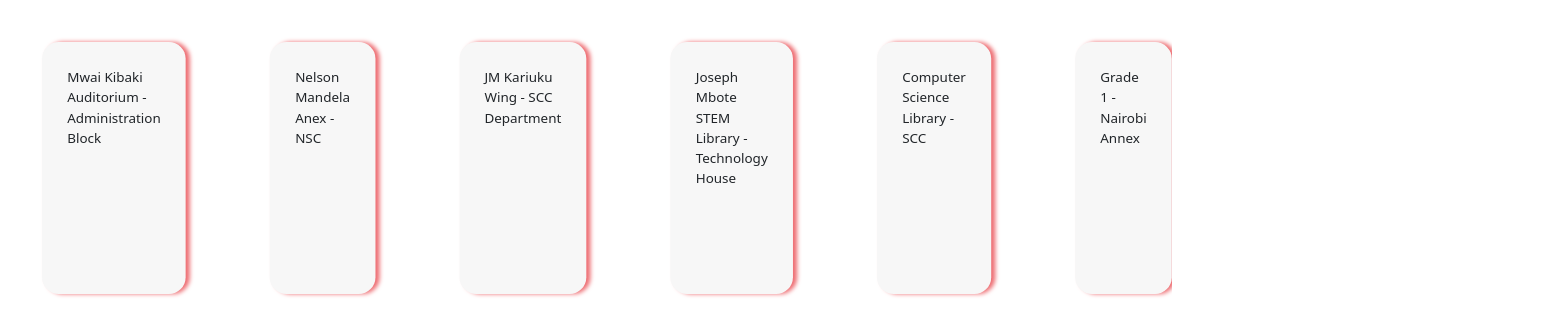
Repository: Mbote-Joseph/Library-Shelves-Books-Managements
Page: http://localhost/
An editor plug-in stored every save of this project. The page is shown before and after the next save, followed by the edit.
The browser window is 1280 px wide. The page is 1395 px wide, then 1866 px, so the pictures cover 1866 px, including what lies to the right of the window. The pictures show the whole page, at 84% of full size.
The page is served by the project's application, run on Django 5.2 (manage.py). Other server files are loaded and not shown. The page reads the database file committed with the project.

Above is the page before, as saved 2025-12-30 17:59:55.

### books/templates/books/library_view.html
{% extends "base.html" %}

{% block title %}
    Libraries List
{% endblock %}


{% block content %}
    <div class="cards">
    {% for library in libraries %}
        <div class ="library"> {{library}} </div>
    {% endfor %}
    </div>
{% endblock %}

### static/templates/base.html
{% load static %}
<!doctype html>
<html lang="en">
  <head>
    <meta charset="utf-8">
    <meta name="viewport" content="width=device-width, initial-scale=1">
    <title>
        {% block title %}

        {% endblock %}
    </title>
    <link href="https://cdn.jsdelivr.net/npm/bootstrap@5.3.8/dist/css/bootstrap.min.css" rel="stylesheet" integrity="sha384-sRIl4kxILFvY47J16cr9ZwB07vP4J8+LH7qKQnuqkuIAvNWLzeN8tE5YBujZqJLB" crossorigin="anonymous">
    <link rel="stylesheet" type='text/css' href="{% static 'css/styles.css' %}">
  </head>
  <body>

    {% block content %}

    {% endblock %}


    <script src="https://cdn.jsdelivr.net/npm/bootstrap@5.3.8/dist/js/bootstrap.bundle.min.js" integrity="sha384-FKyoEForCGlyvwx9Hj09JcYn3nv7wiPVlz7YYwJrWVcXK/BmnVDxM+D2scQbITxI" crossorigin="anonymous"></script>
  </body>
</html>

### books/models.py
from django.db import models

# Create your models here.
class Library(models.Model):
    name = models.CharField(max_length=50)
    students_capacity = models.IntegerField()
    location = models.CharField(max_length=100)
    created_on = models.DateTimeField(auto_now_add=True)

    def __str__(self):
        return f"{self.name} - {self.location}"

class Shelf(models.Model):
    label = models.CharField(max_length=50)
    books_capacity = models.CharField()
    library = models.ForeignKey(Library, on_delete=models.CASCADE)
    created_on = models.DateTimeField(auto_now_add=True)

    def __str__(self):
        return f"{self.label} On {self.library} Library"

class Book(models.Model):
    title = models.CharField(max_length=100)
    author = models.CharField(max_length=100)
    isbn = models.CharField(max_length=10)
    description = models.TextField()
    is_published = models.BooleanField(default=False)
    is_new = models.BooleanField(default=False)
    shelf = models.ForeignKey(Shelf, on_delete=models.CASCADE)

    def __str__(self):
        return f"{self.title} By {self.author}"

### books/views.py
from django.shortcuts import render
from django.views.generic import ListView

from .models import Library, Shelf, Book

# Create your views here.
class LibraryListView(ListView):
    model = Library
    context_object_name = "libraries"
    queryset = Library.objects.all()
    template_name = 'books/library_view.html'

class ShelfListView(ListView):
    model = Shelf
    context_object_name = "shelves"
    queryset = Shelf.objects.all()
    template_name = 'books/shelf_view.html'


class BookListView(ListView):
    model = Book
    context_object_name = "books"
    queryset = Book.objects.all()
    template_name = 'books/book_view.html'

### learn/urls.py
"""
URL configuration for learn project.

The `urlpatterns` list routes URLs to views. For more information please see:
    https://docs.djangoproject.com/en/6.0/topics/http/urls/
Examples:
Function views
    1. Add an import:  from my_app import views
    2. Add a URL to urlpatterns:  path('', views.home, name='home')
Class-based views
    1. Add an import:  from other_app.views import Home
    2. Add a URL to urlpatterns:  path('', Home.as_view(), name='home')
Including another URLconf
    1. Import the include() function: from django.urls import include, path
    2. Add a URL to urlpatterns:  path('blog/', include('blog.urls'))
"""
from django.contrib import admin
from django.urls import path, include

urlpatterns = [
    path('admin/', admin.site.urls),
    path('', include('books.urls'))
]

### books/urls.py
from django.urls import path

from books.views import LibraryListView, ShelfListView, BookListView

urlpatterns = [
    path('', LibraryListView.as_view(), name = 'libraries'),
    path('shelf', ShelfListView.as_view(), name = 'shelves'),
    path('book', BookListView.as_view(), name="books")
]

### static/css/styles.css
/**
 * Copyright 2025 josephmbote
 *
 * Licensed under the Apache License, Version 2.0 (the "License");
 * you may not use this file except in compliance with the License.
 * You may obtain a copy of the License at
 *
 *     https://www.apache.org/licenses/LICENSE-2.0
 *
 * Unless required by applicable law or agreed to in writing, software
 * distributed under the License is distributed on an "AS IS" BASIS,
 * WITHOUT WARRANTIES OR CONDITIONS OF ANY KIND, either express or implied.
 * See the License for the specific language governing permissions and
 * limitations under the License.
 */

.library {
    width: 300px;
    /* min-width: 200px; */
    height: 300px;
    /* max-height: 400px; */
    background-color: #f7f7f7;
    box-shadow: 5px 0 5px 0 #ee6e73;
    border: none;
    margin: 50px;
    padding: 30px;
    border-radius: 20px;
}

.cards{
    display: flex;


}

### db.sqlite3 (the tables this page reads, as SQL)
CREATE TABLE "books_library" ("id" integer NOT NULL PRIMARY KEY AUTOINCREMENT, "name" varchar(50) NOT NULL, "students_capacity" integer NOT NULL, "location" varchar(100) NOT NULL, "created_on" datetime NOT NULL);
INSERT INTO "books_library" VALUES
(1, 'Mwai Kibaki Auditorium', 100, 'Administration Block', '2025-12-29 22:41:55.696199'),
(2, 'Nelson Mandela Anex', 85, 'NSC', '2025-12-29 22:42:34.244470'),
(3, 'JM Kariuku Wing', 75, 'SCC Department', '2025-12-30 11:00:04.766333'),
(4, 'Joseph Mbote STEM Library', 56, 'Technology House', '2025-12-31 18:37:10.968556'),
(5, 'Computer Science Library', 50, 'SCC', '2025-12-31 18:39:11.248294'),
(6, 'Grade 1', 20, 'Nairobi Annex', '2025-12-31 18:41:43.779190');

After the next save:
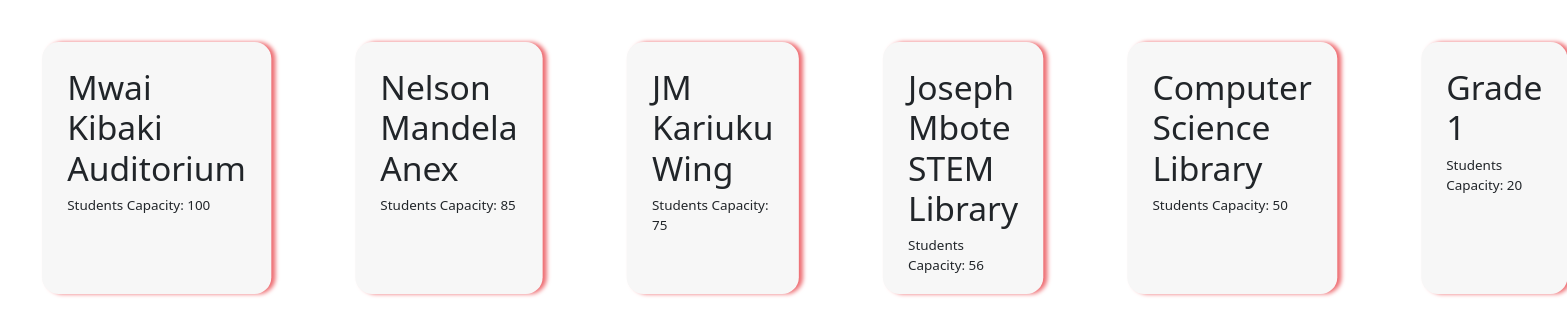
Saved 9 min 50 s later.
--- a/books/templates/books/library_view.html
+++ b/books/templates/books/library_view.html
@@ -8,7 +8,10 @@
 {% block content %}
     <div class="cards">
     {% for library in libraries %}
-        <div class ="library"> {{library}} </div>
+        <div class ="library">
+            <h1> {{library.name}} </h1>
+            <p> Students Capacity: {{library.students_capacity}} </p>
+        </div>
     {% endfor %}
     </div>
 {% endblock %}
